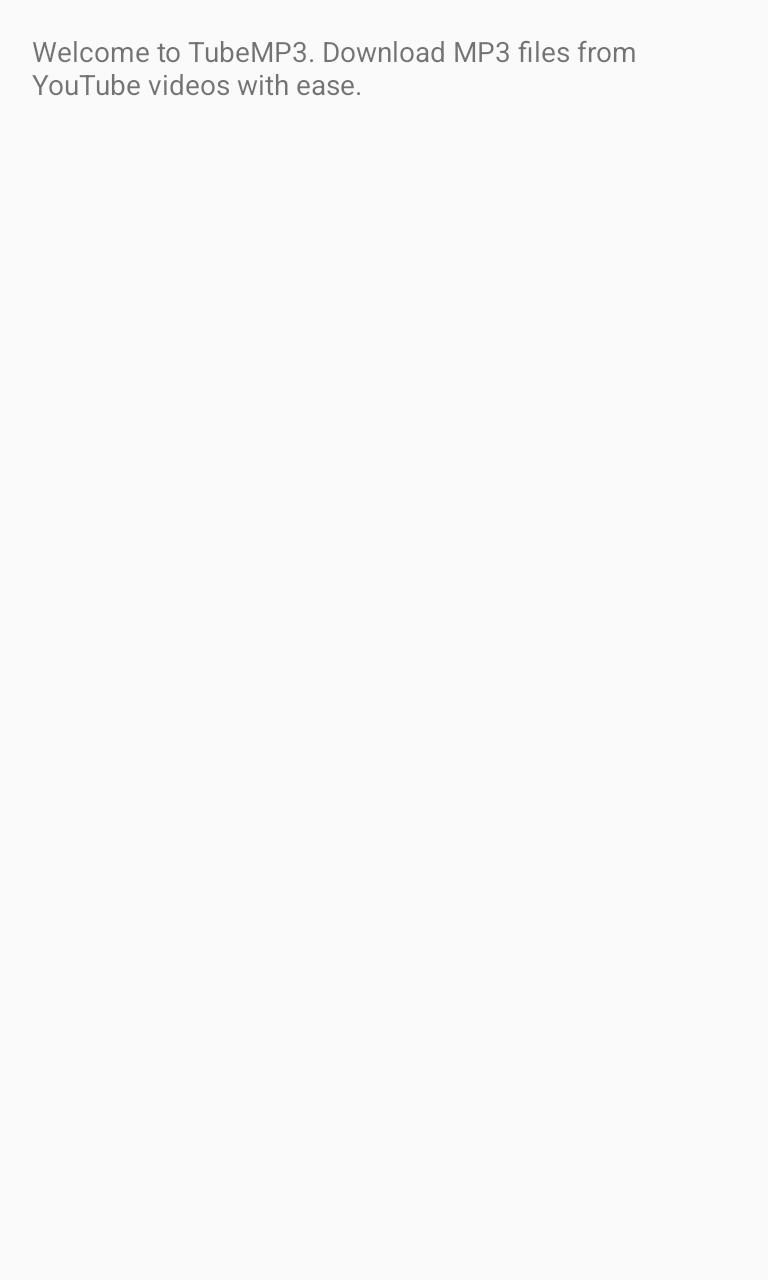
Repository: shrimpboyho/androiddev
Layout: TubeMP3/res/layout/fragment_welcome_screen.xml
The author's editor kept a copy of each file at every save. The layout is drawn from the files as they stood at one save, then again after the next save.
It is drawn on a 768 x 1280 px phone screen (xhdpi) without system bars, with theme AppTheme; the app's code is not run.

Above is the layout before, as saved 2014-05-25 20:46:33.

After the next save:
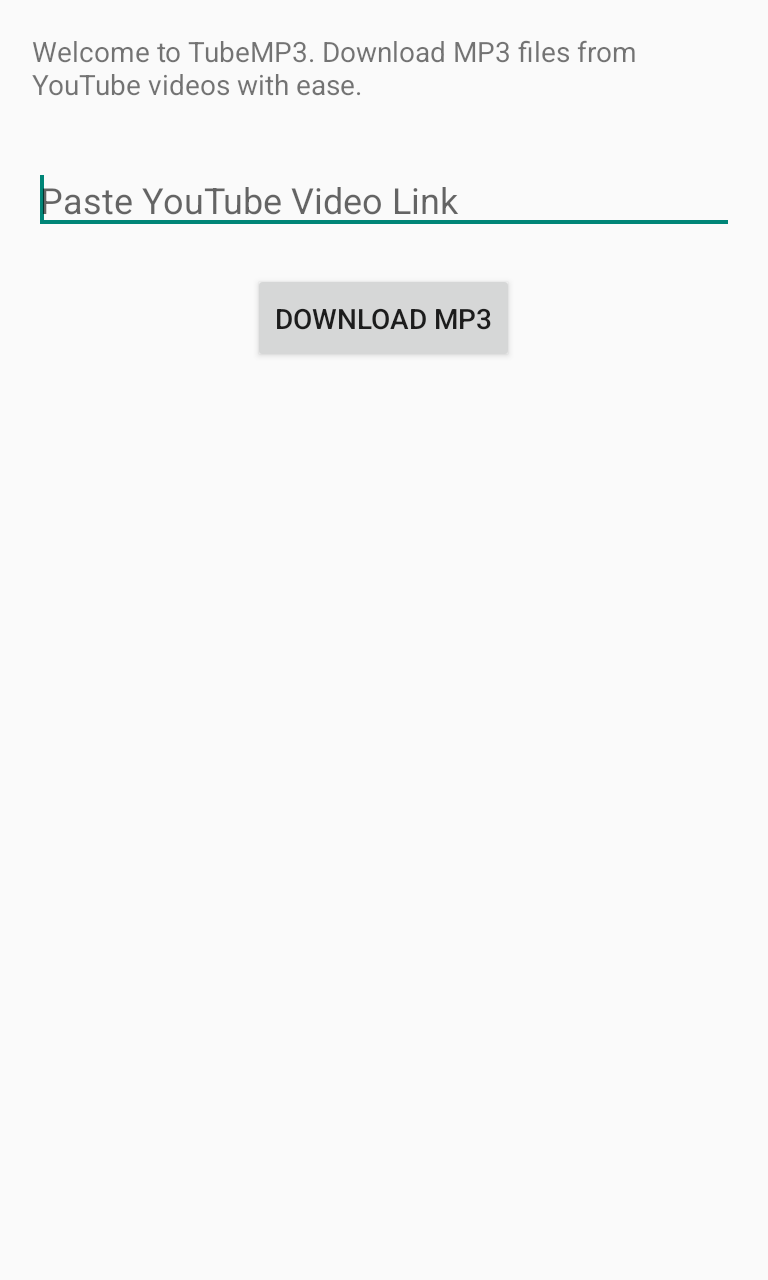
Saved 5 min 43 s later.
--- a/TubeMP3/res/layout/fragment_welcome_screen.xml
+++ b/TubeMP3/res/layout/fragment_welcome_screen.xml
@@ -1,7 +1,10 @@
-<RelativeLayout xmlns:android="http://schemas.android.com/apk/res/android"
+<LinearLayout xmlns:android="http://schemas.android.com/apk/res/android"
     xmlns:tools="http://schemas.android.com/tools"
+    android:id="@+id/LinearLayout1"
     android:layout_width="match_parent"
     android:layout_height="match_parent"
+    android:gravity="center_horizontal"
+    android:orientation="vertical"
     android:paddingBottom="@dimen/activity_vertical_margin"
     android:paddingLeft="@dimen/activity_horizontal_margin"
     android:paddingRight="@dimen/activity_horizontal_margin"
@@ -9,15 +12,27 @@
     tools:context="com.dewey.tubemp3.WelcomeScreen$PlaceholderFragment" >
 
     <TextView
-        android:id="@+id/section_label"
-        android:layout_width="wrap_content"
-        android:layout_height="wrap_content" />
+        android:id="@+id/textView1"
+        android:layout_width="match_parent"
+        android:layout_height="wrap_content"
+        android:text="@string/welcome" />
 
-    <TextView
-        android:id="@+id/textView1"
+    <EditText
+        android:id="@+id/editText1"
+        android:layout_width="match_parent"
+        android:layout_height="wrap_content"
+        android:layout_marginTop="26dp"
+        android:ems="10"
+        android:hint="@string/linkhint" >
+
+        <requestFocus />
+    </EditText>
+
+    <Button
+        android:id="@+id/button1"
         android:layout_width="wrap_content"
         android:layout_height="wrap_content"
-        android:layout_toRightOf="@+id/section_label"
-        android:text="@string/welcome" />
+        android:layout_marginTop="16dp"
+        android:text="@string/download" />
 
-</RelativeLayout>
+</LinearLayout>
